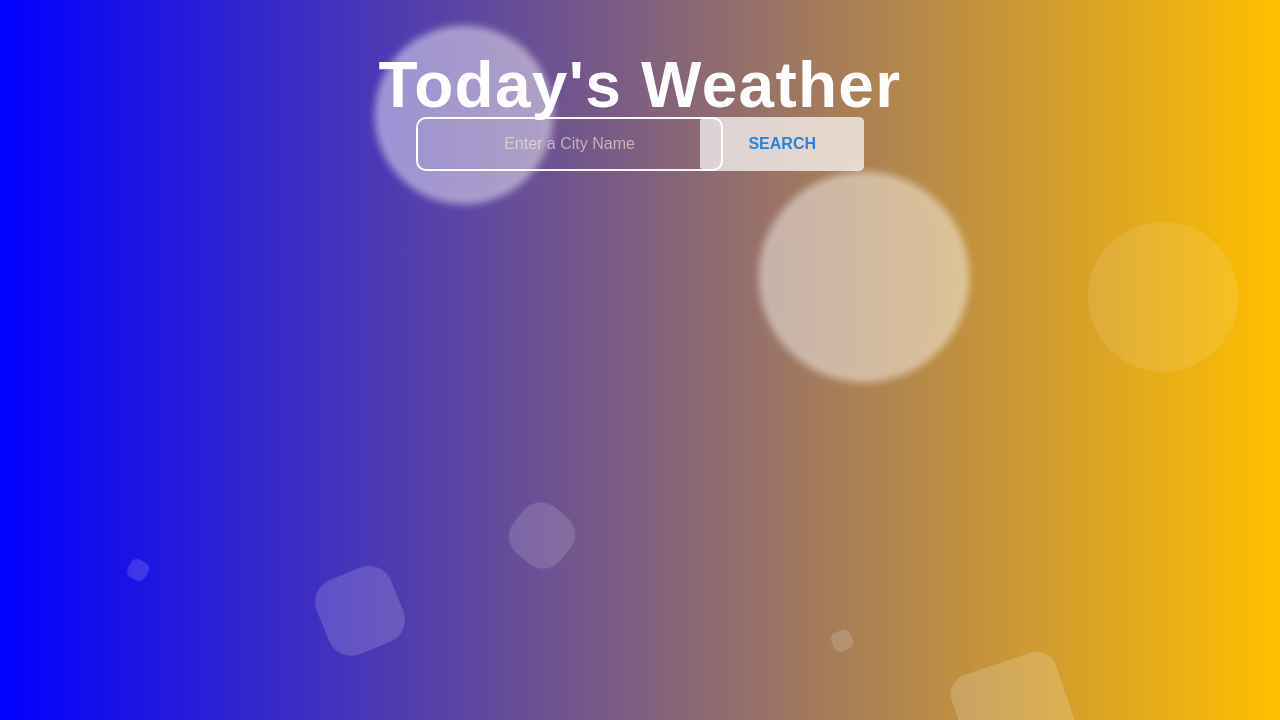
Repository: KayceeNguyen/bubleweather-app
Page: /
These files come from the project's save history. The page is drawn as it stood at one moment and after the next save; the edit follows.
The browser window is 1280 px wide. The pictures show the whole page.
The project was rebuilt for these pictures with package versions that can differ from the ones it lists, and the page was loaded fresh each time. The framework's server and built-in components were replaced by stand-ins that run in the browser. Also part of the build but not shown: next.config.js.

Above is the page before, as saved 2023-01-19 22:02:11.

After the next save:
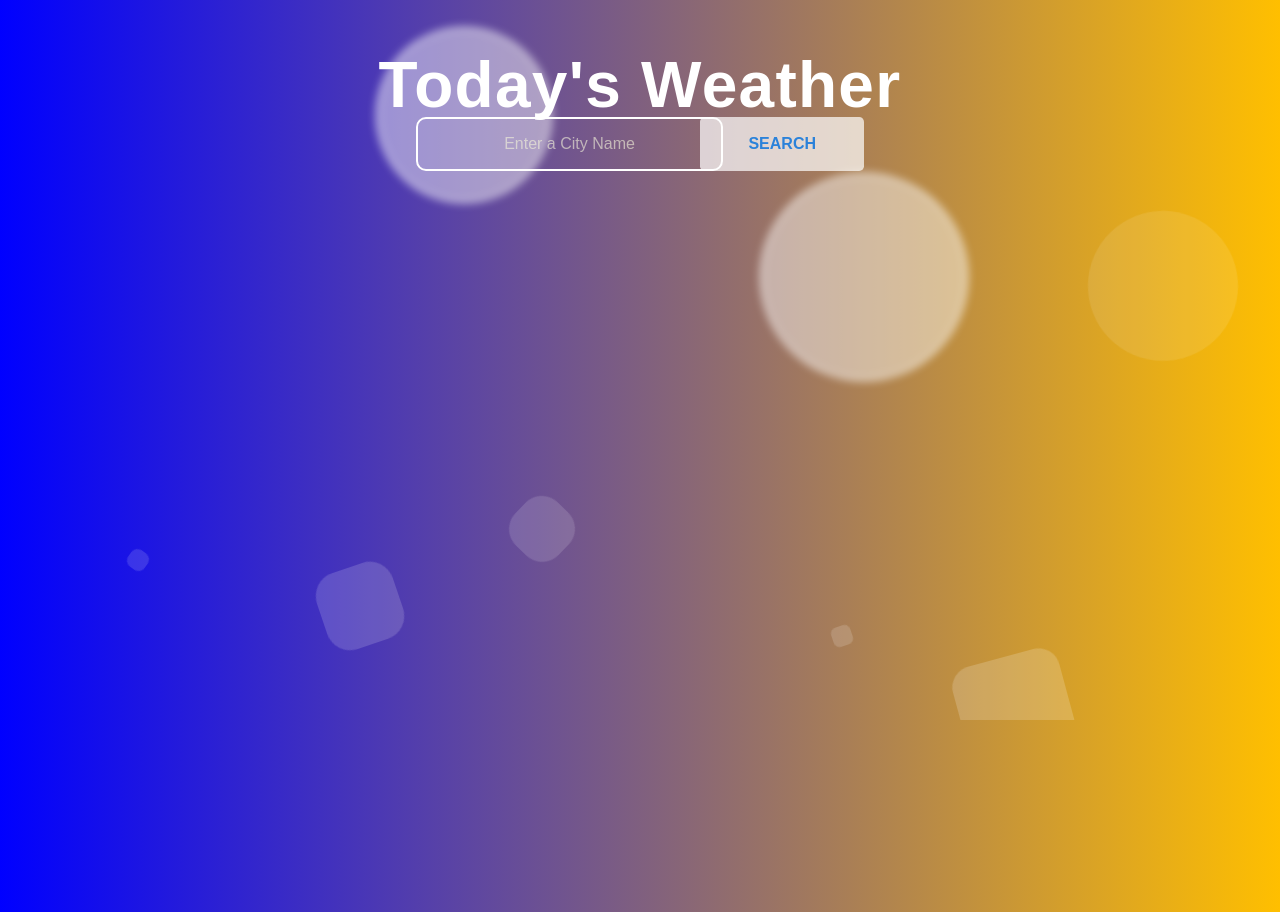
Saved 4 s later.
--- a/styles/Home.module.css
+++ b/styles/Home.module.css
@@ -486,8 +486,8 @@
 
 .area{
   background: -webkit-linear-gradient(to left, #C8102E, #446eac);
-  /* width: 100vw;
-  height:100vh;   */
+  width: 100vw;
+  height:100vh;
 }
 
 .circles{
